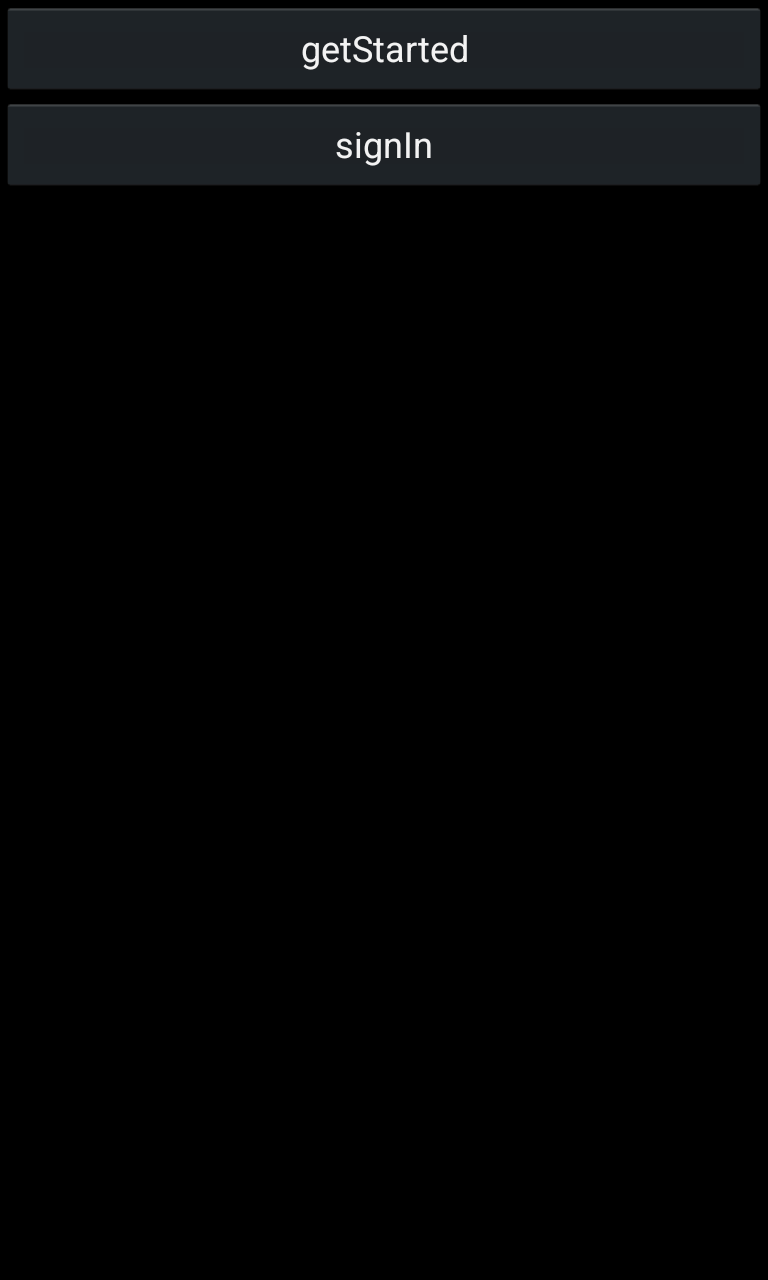
Repository: Minsu-Daniel-Kim/tipinboard1.0
Layout: TipinBoard1.0/res/layout/activity_main.xml
The author's editor kept a copy of each file at every save. The layout is drawn from the files as they stood at one save, then again after the next save.
It is drawn on a 768 x 1280 px phone screen (xhdpi) without system bars, with theme android:Theme.Holo; the app's code is not run.

Above is the layout before, as saved 2013-04-15 09:07:17.

### TipinBoard1.0/res/layout/activity_main.xml
<?xml version="1.0" encoding="utf-8"?>
<LinearLayout xmlns:android="http://schemas.android.com/apk/res/android"
    android:layout_width="fill_parent"
    android:layout_height="fill_parent"
    android:orientation="vertical" >

    <Button
        android:id="@+id/button1"
        android:layout_width="fill_parent"
        android:layout_height="wrap_content"
        android:onClick="getStarted"
        android:text="getStarted" />

    <Button
        android:id="@+id/button1"
        android:layout_width="fill_parent"
        android:layout_height="wrap_content"
        android:onClick="signIn"
        android:text="signIn" />

</LinearLayout>

After the next save:
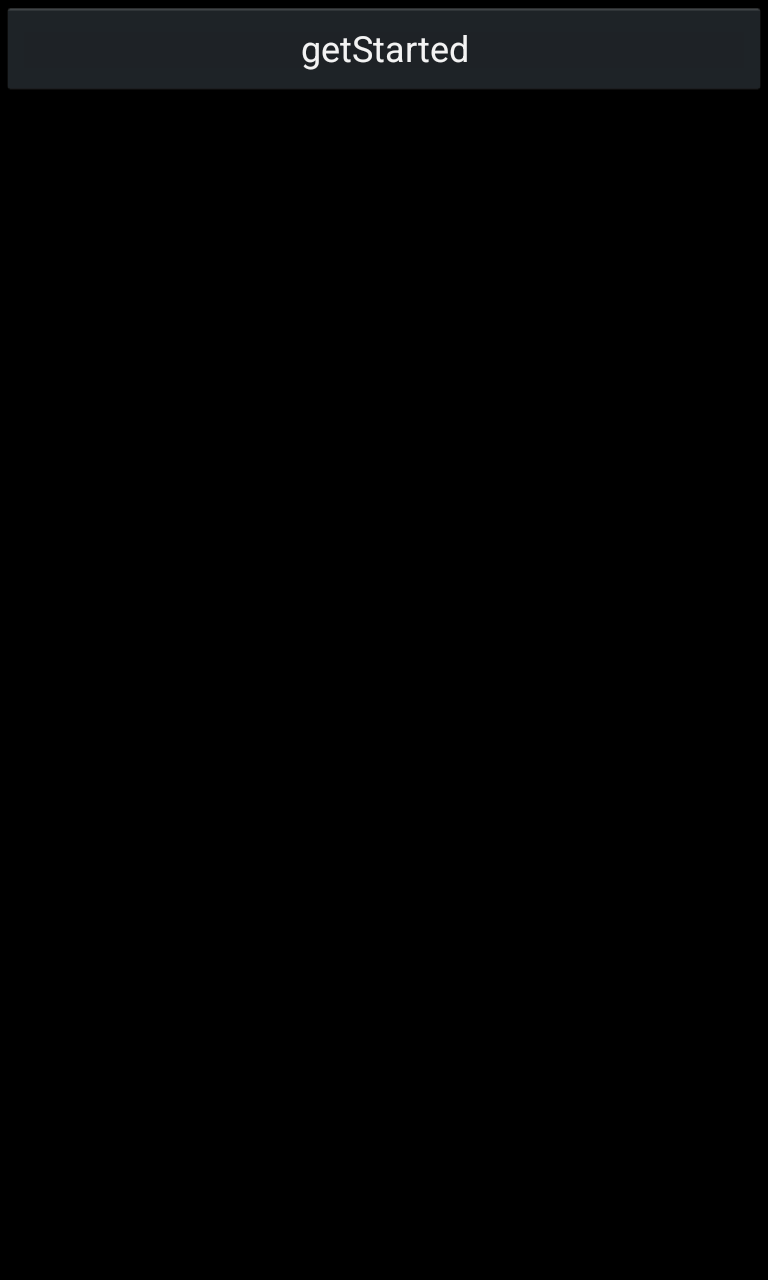
Saved 42 s later.
--- a/TipinBoard1.0/res/layout/activity_main.xml
+++ b/TipinBoard1.0/res/layout/activity_main.xml
@@ -11,11 +11,5 @@
         android:onClick="getStarted"
         android:text="getStarted" />
 
-    <Button
-        android:id="@+id/button1"
-        android:layout_width="fill_parent"
-        android:layout_height="wrap_content"
-        android:onClick="signIn"
-        android:text="signIn" />
 
 </LinearLayout>
